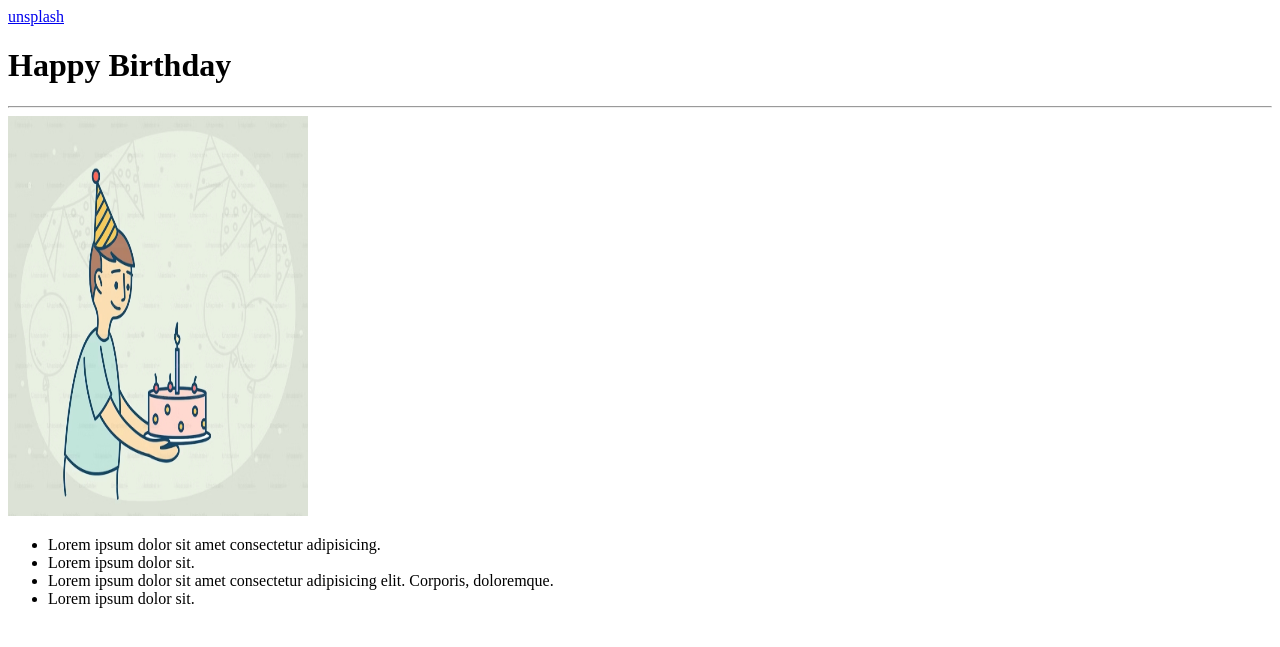
Repository: nguyendonghieu1011-png/project2
Page: index.html
An editor plug-in stored every save of this project. The page is shown before and after the next save, followed by the edit.
The browser window is 1280 px wide. The pictures show the whole page.

Above is the page before, as saved 2025-11-05 21:15:57.

After the next save:
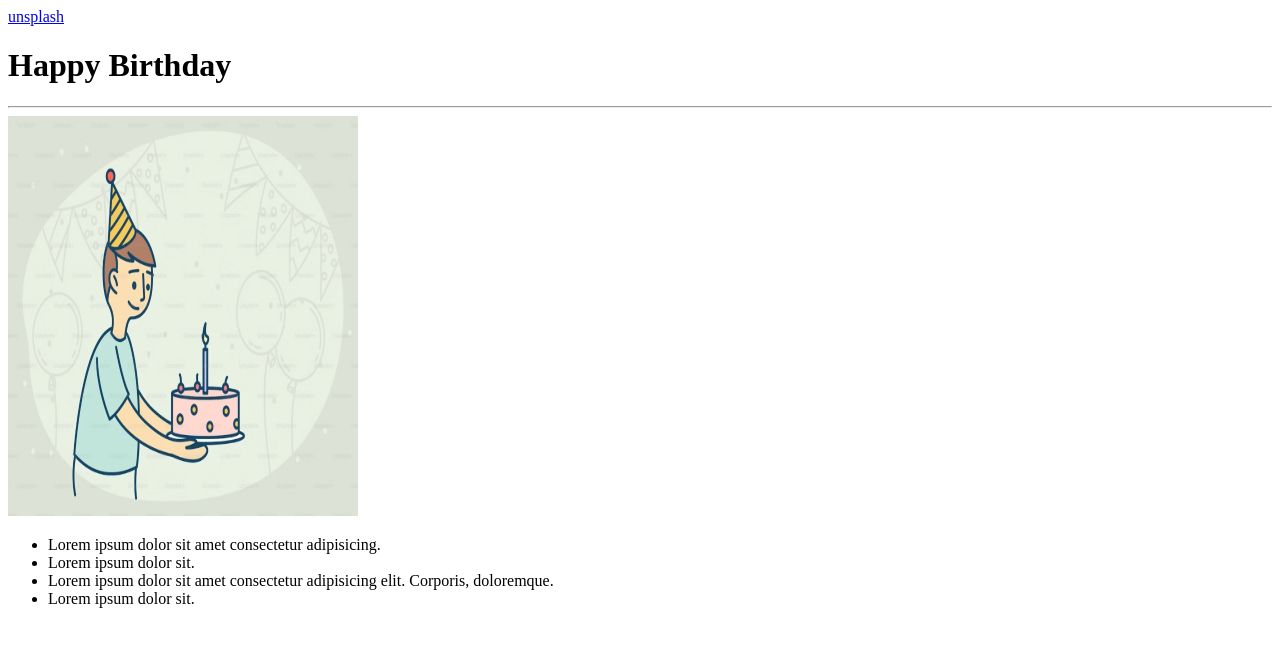
Saved 10 s later.
--- a/index.html
+++ b/index.html
@@ -10,7 +10,7 @@
 
     <h1>Happy Birthday</h1>
     <hr />
-    <img src="img/happtybirthday.jpg" alt="cake" width="300px" height="400px" />
+    <img src="img/happtybirthday.jpg" alt="cake" width="350px" height="400px" />
   </body>
 
   <ul>
